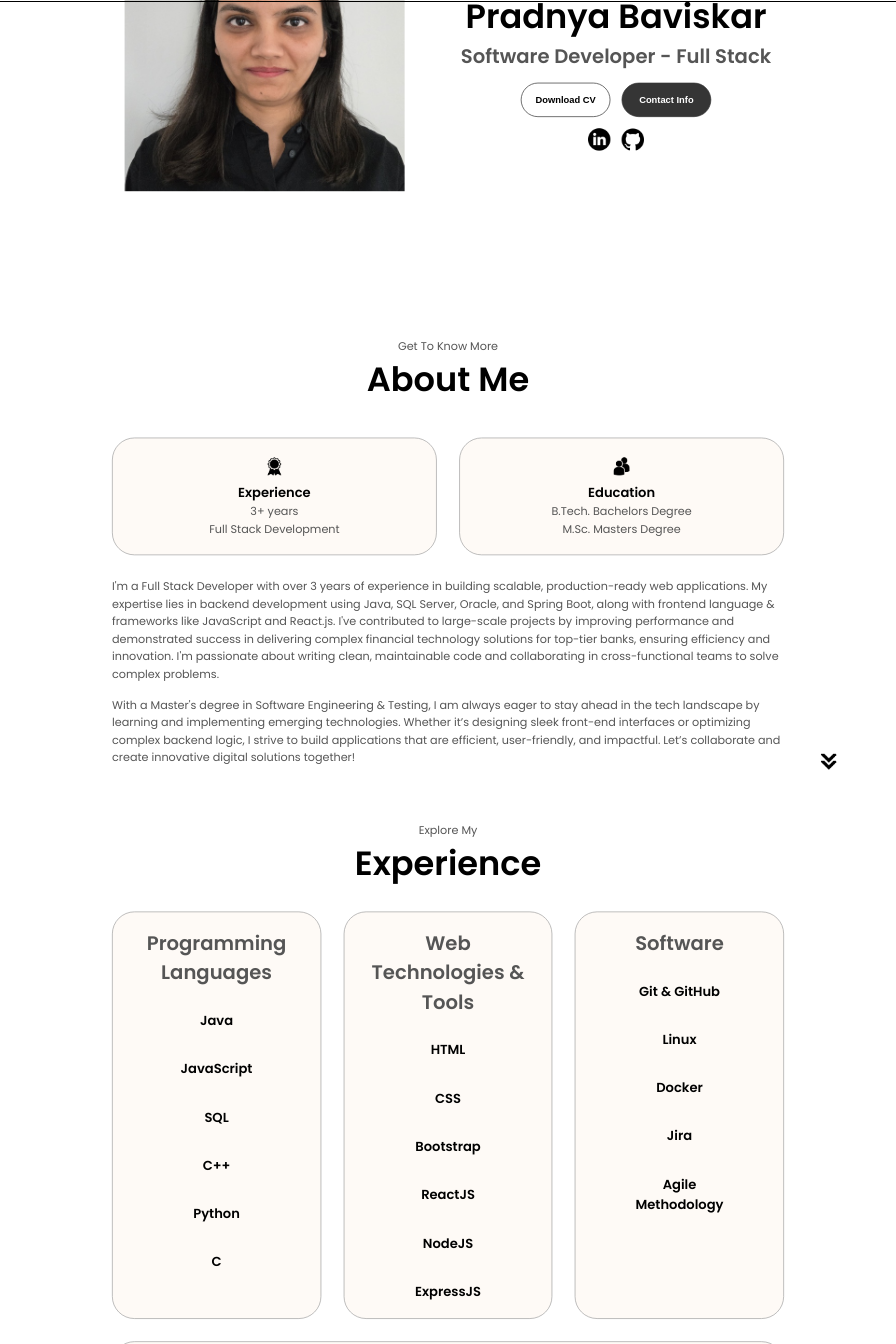
Repository: Pradnya-07/Portfolio-Pradnya
Page: index.html
The author's editor kept a copy of each file at every save. The page is drawn from the files as they stood at one save, then again after the next save.
The browser window is 1280 px wide. The pictures show the part of the page from y = 363 to 2283 px (the page is 4473 px tall), at 70% of full size.

Above is the page before, as saved 2025-04-26 13:48:21.

### index.html
<!DOCTYPE html>
<html lang="en">
  <head>
    <meta charset="UTF-8" />
    <meta http-equiv="X-UA-Compatible" content="IE=edge" />
    <meta name="viewport" content="width=device-width, initial-scale=1.0" />
    <title>My Portfolio</title>
    <link rel="stylesheet" href="style.css" />
    <link rel="stylesheet" href="mediaqueries.css" />
  </head>
  <body>
    <nav id="desktop-nav">
      <div class="logo">Pradnya Baviskar</div>
      <div>
        <ul class="nav-links">
          <li><a href="#about">About</a></li>
          <li><a href="#experience">Experience</a></li>
          <li><a href="#projects">Projects</a></li>
          <li><a href="#contact">Contact</a></li>
        </ul>
      </div>
    </nav>
    <nav id="hamburger-nav">
      <div class="logo">Pradnya Baviskar</div>
      <div class="hamburger-menu">
        <div class="hamburger-icon" onclick="toggleMenu()">
          <span></span>
          <span></span>
          <span></span>
        </div>
        <div class="menu-links">
          <li><a href="#about" onclick="toggleMenu()">About</a></li>
          <li><a href="#experience" onclick="toggleMenu()">Experience</a></li>
          <li><a href="#projects" onclick="toggleMenu()">Projects</a></li>
          <li><a href="#contact" onclick="toggleMenu()">Contact</a></li>
        </div>
      </div>
    </nav>
    <section id="profile">
      <div class="section__pic-container">
        <img src="./assets/profile-pic.JPG" alt="Pradnya Baviskar profile picture" />
      </div>
      <div class="section__text">
        <p class="section__text__p2">Hello, I'm</p>
        <h1 class="title">Pradnya Baviskar</h1>
        <p class="section__text__p2">Software Developer - Full Stack</p>
        <div class="btn-container">
          <button
            class="btn btn-color-2"
            onclick="window.open('./assets/resume-example.pdf')"
          >
            Download CV
          </button>
          <button class="btn btn-color-1" onclick="location.href='#contact'">
            Contact Info
          </button>
        </div>
        <div id="socials-container">
          <img
            src="./assets/linkedin.png"
            alt="My LinkedIn profile"
            class="icon"
            onclick="location.href='https://linkedin.com/'"
          />
          <img
            src="./assets/github.png"
            alt="My Github profile"
            class="icon"
            onclick="location.href='https://github.com/'"
          />
        </div>
      </div>
    </section>
    <section id="about">
      <p class="section__text__p1">Get To Know More</p>
      <h1 class="title">About Me</h1>
      <div class="section-container">

        <div class="about-details-container">
          <div class="about-containers">
            <div class="details-container">
              <img
                src="./assets/experience.png"
                alt="Experience icon"
                class="icon"
              />
              <h3>Experience</h3>
              <p>3+ years <br />Full Stack Development</p>
            </div>
            <div class="details-container">
              <img
                src="./assets/education.png"
                alt="Education icon"
                class="icon"
              />
              <h3>Education</h3>
              <p>B.Tech. Bachelors Degree<br />M.Sc. Masters Degree</p>
            </div>
          </div>
          <div class="text-container">
            <p>
              I'm a Full Stack Developer with over 3 years of experience in building scalable, production-ready web applications.
              My expertise lies in backend development using Java, SQL Server, Oracle, and Spring Boot, along with frontend language & frameworks like JavaScript and React.js.
              I've contributed to large-scale projects by improving performance and demonstrated success in delivering complex financial technology solutions for top-tier banks, ensuring efficiency and innovation.
              I'm passionate about writing clean, maintainable code and collaborating in cross-functional teams to solve complex problems.

            </p>
            <p style=" margin-top: 2%;">
              With a Master's degree in Software Engineering & Testing, I am always eager to stay ahead in the tech landscape by learning and
              implementing emerging technologies.
              Whether it’s designing sleek front-end interfaces or optimizing complex backend logic,
              I strive to build applications that are efficient, user-friendly, and impactful.
              Let’s collaborate and create innovative digital solutions together!
            </p>
          </div>
        </div>
      </div>
      <img
        src="./assets/arrow.png"
        alt="Arrow icon"
        class="icon arrow"
        onclick="location.href='#experience'"
      />
    </section>
    <section id="experience">
      <p class="section__text__p1">Explore My</p>
      <h1 class="title">Experience</h1>
      <div class="experience-details-container">
        <div class="about-containers">
          <div class="details-container">
            <h2 class="experience-sub-title">Programming Languages</h2>
            <div class="article-container">
              <article class="skills">

                <div>
                  <h3 class="skills">Java</h3>
                </div>
              </article>
              <article class="skills">

                <div>
                  <h3 class="skills">JavaScript</h3>

                </div>
              </article>
              <article class="skills">

                <div>
                  <h3 class="skills">SQL</h3>

                </div>
              </article>
              <article class="skills">

                <div>
                  <h3 class="skills">C++</h3>

                </div>
              </article>
              <article class="skills">

                <div>
                  <h3>Python</h3>
                </div>
              </article>
              <article class="skills">

                <div>
                  <h3 class="skills">C</h3>
                </div>
              </article>

            </div>
          </div>

          <div class="details-container">
            <h2 class="experience-sub-title">Web Technologies & Tools</h2>
            <div class="article-container">
              <article>

                <div>
                  <h3>HTML</h3>
                </div>
              </article>
              <article>

                <div>
                  <h3>CSS</h3>
                </div>
              </article>
              <article>

                <div>
                  <h3>Bootstrap</h3>
                </div>
              </article>
              <article>

                <div>
                  <h3>ReactJS</h3>
                </div>
              </article>
              <article>

                <div>
                  <h3>NodeJS</h3>
                </div>
              </article>
              <article>

                <div>
                  <h3>ExpressJS</h3>
                </div>
              </article>
            </div>
          </div>

          <div class="details-container">
            <h2 class="experience-sub-title">Software</h2>
            <div class="article-container">
              <article>

                <div>
                  <h3>Git & GitHub</h3>
                </div>
              </article>
              <article>

                <div>
                  <h3>Linux</h3>
                </div>
              </article>



              <article>

                <div>
                  <h3>Docker</h3>
                </div>
              </article>
              <article>

                <div>
                  <h3>Jira</h3>
                </div>
              </article>
              <article>

                <div>
                  <h3 class="skills">Agile Methodology</h3>
                </div>
              </article>
            </div>
          </div>

          <div class="details-container">
            <h2 class="experience-sub-title">Databases & Testing Tools</h2>
            <div class="article-container">
              <article>

                <div>
                  <h3>MySQL</h3>
                </div>
              </article>
              <article>

                <div>
                  <h3>Oracle</h3>
                </div>
              </article>
              <article>

                <div>
                  <h3>MongoDB</h3>
                </div>
              </article>
              <article>

                <div>
                  <h3>Postman</h3>
                </div>
              </article>
              <article>

                <div>
                  <h3>SoapUI</h3>
                </div>
              </article>

            </div>
          </div>


        </div>
      </div>
      <img
        src="./assets/arrow.png"
        alt="Arrow icon"
        class="icon arrow"
        onclick="location.href='#projects'"
      />
    </section>

    <section id="projects">
      <p class="section__text__p1">Browse My Recent</p>
      <h1 class="title">Projects</h1>
      <div class="experience-details-container">
        <div class="about-containers">
          <div class="details-container color-container">
            <div class="article-container">
              <img
                src="./assets/project1.png"
                alt="Project 1"
                class="project-img"
              />
            </div>
            <h2 class="experience-sub-title project-title">My Book Nest</h2>
            <div class="btn-container">
              <button
                class="btn btn-color-2 project-btn"
                onclick="location.href='https://github.com/Pradnya-07/Pradnya-s_Library'"
              >
                Github
              </button>
              <button
                class="btn btn-color-2 project-btn"
                onclick="location.href='https://pradnya-s-library.onrender.com'"
              >
                Live Demo
              </button>
            </div>
          </div>
          <div class="details-container color-container">
            <div class="article-container">
              <img
                src="./assets/scam.png"
                alt="Project 2"
                class="project-img"
              />
            </div>
            <h2 class="experience-sub-title project-title">Spam Email Detection</h2>
            <div class="btn-container">
              <button
                class="btn btn-color-2 project-btn"
                onclick="location.href='https://github.com/Pradnya-07/Spam_Email_Detection'"
              >
                Github
              </button>
              <button
                class="btn btn-color-2 project-btn"
                onclick="location.href='https://spam-email-detection-9in7.onrender.com'"
              >
                Live Demo
              </button>
            </div>
          </div>
          <div class="details-container color-container">
            <div class="article-container">
              <img
                src="./assets/forecast.png"
                alt="Project 3"
                class="project-img"
              />
            </div>
            <h2 class="experience-sub-title project-title">Weather Forecast</h2>
            <div class="btn-container">
              <button
                class="btn btn-color-2 project-btn"
                onclick="location.href='https://github.com/Pradnya-07/Weather-Dashboard'"
              >
                Github
              </button>
              <button
                class="btn btn-color-2 project-btn"
                onclick="location.href='https://pradnya-07.github.io/Weather-Dashboard/'"
              >
                Live Demo
              </button>
            </div>
          </div>
        </div>
      </div>
      <img
        src="./assets/arrow.png"
        alt="Arrow icon"
        class="icon arrow"
        onclick="location.href='#contact'"
      />
    </section>
    <section id="contact">


      <div class="contact-info-upper-container">
        <div class="contact-info-container">
          <img
            src="./assets/email.png"
            alt="Email icon"
            class="icon contact-icon email-icon"
          />
          <p><a href="mailto:pradnyabaviskar56p@gmail.com">pradnyabaviskar56p@gmail.com</a></p>
        </div>
        <div class="contact-info-container">
          <img
            src="./assets/linkedin.png"
            alt="LinkedIn icon"
            class="icon contact-icon"
          />
          <p><a href="https://www.linkedin.com">LinkedIn</a></p>
        </div>
      </div>
    </section>
    <footer>
      <nav>
        <div class="nav-links-container">
          <ul class="nav-links">
            <li><a href="#about">About</a></li>
            <li><a href="#experience">Experience</a></li>
            <li><a href="#projects">Projects</a></li>
            <li><a href="#contact">Contact</a></li>
          </ul>
        </div>
      </nav>
      <p>Copyright &#169; 2025 Pradnya Baviskar. All Rights Reserved.</p>
    </footer>
    <script src="script.js"></script>
  </body>
</html>

### style.css
/* GENERAL */

@import url("https://fonts.googleapis.com/css2?family=Poppins:wght@300;400;500;600&display=swap");

* {
  margin: 0;
  padding: 0;
}

body {
  font-family: "Poppins", sans-serif;
}

html {
  scroll-behavior: smooth;
}

p {
  color: rgb(85, 85, 85);
}

/* TRANSITION */

a,
.btn {
  transition: all 300ms ease;
}

/* DESKTOP NAV */

nav,
.nav-links {
  display: flex;
}

nav {
  justify-content: space-around;
  align-items: center;
  height: 17vh;
}

.nav-links {
  gap: 2rem;
  list-style: none;
  font-size: 1.5rem;
}

a {
  color: black;
  text-decoration: none;
  text-decoration-color: white;
}

a:hover {
  color: grey;
  text-decoration: underline;
  text-underline-offset: 1rem;
  text-decoration-color: rgb(181, 181, 181);
}

.logo {
  font-size: 2rem;
}

.logo:hover {
  cursor: default;
}

/* HAMBURGER MENU */

#hamburger-nav {
  display: none;
}

.hamburger-menu {
  position: relative;
  display: inline-block;
}

.hamburger-icon {
  display: flex;
  flex-direction: column;
  justify-content: space-between;
  height: 24px;
  width: 30px;
  cursor: pointer;
}

.hamburger-icon span {
  width: 100%;
  height: 2px;
  background-color: black;
  transition: all 0.3 ease-in-out;
}

.menu-links {
  position: absolute;
  top: 100%;
  right: 0;
  background-color: white;
  width: fit-content;
  max-height: 0;
  overflow: hidden;
  transition: all 0.3 ease-in-out;
}

.menu-links a {
  display: block;
  padding: 10px;
  text-align: center;
  font-size: 1.5rem;
  color: black;
  text-decoration: none;
  transition: all 0.3 ease-in-out;
}

.menu-links li {
  list-style: none;
}

.menu-links.open {
  max-height: 300px;
}

.hamburger-icon.open span:first-child {
  transform: rotate(45deg) translate(10px, 5px);
}

.hamburger-icon.open span:nth-child(2) {
  opacity: 0;
}

.hamburger-icon.open span:last-child {
  transform: rotate(-45deg) translate(10px, -5px);
}

.hamburger-icon span:first-child {
  transform: none;
}

.hamburger-icon span:first-child {
  opacity: 1;
}

.hamburger-icon span:first-child {
  transform: none;
}

/* SECTIONS */

section {
  padding-top: 4vh;
  height: 96vh;
  margin: 0 10rem;
  box-sizing: border-box;
  min-height: fit-content;
}

.section-container {
  display: flex;
}

.skills {
  text-align: center;

}

/* PROFILE SECTION */

#profile {
  display: flex;
  justify-content: center;
  gap: 5rem;
  height: 80vh;
}

.section__pic-container {
  display: flex;
  height: 400px;
  width: 400px;
  margin: auto 0;
}

.section__text {
  align-self: center;
  text-align: center;
}

.section__text p {
  font-weight: 600;
}

.section__text__p1 {
  text-align: center;
}

.section__text__p2 {
  font-size: 1.75rem;
  margin-bottom: 1rem;
}

.title {
  font-size: 3rem;
  text-align: center;
}

#socials-container {
  display: flex;
  justify-content: center;
  margin-top: 1rem;
  gap: 1rem;
}

/* ICONS */

.icon {
  cursor: pointer;
  height: 2rem;
}

/* BUTTONS */

.btn-container {
  display: flex;
  justify-content: center;
  gap: 1rem;
}

.btn {
  font-weight: 600;
  transition: all 300ms ease;
  padding: 1rem;
  width: 8rem;
  border-radius: 2rem;
}

.btn-color-1,
.btn-color-2 {
  border: rgb(53, 53, 53) 0.1rem solid;
}

.btn-color-1:hover,
.btn-color-2:hover {
  cursor: pointer;
}

.btn-color-1,
.btn-color-2:hover {
  background: rgb(53, 53, 53);
  color: white;
}

.btn-color-1:hover {
  background: rgb(0, 0, 0);
}

.btn-color-2 {
  background: none;
}

.btn-color-2:hover {
  border: rgb(255, 255, 255) 0.1rem solid;
}

.btn-container {
  gap: 1rem;
}

/* ABOUT SECTION */

#about {
  position: relative;
}

.about-containers {
  gap: 2rem;
  margin-bottom: 2rem;
  margin-top: 2rem;
}

.about-details-container {
  justify-content: center;
  flex-direction: column;
}

.about-containers,
.about-details-container {
  display: flex;
}

.about-pic {
  border-radius: 2rem;
}

.arrow {
  position: absolute;
  right: -5rem;
  bottom: 2.5rem;
}

.details-container {
  padding: 1.5rem;
  flex: 1;
  background: rgb(232 188 130 / 7%);
  border-radius: 2rem;
  border: rgb(53, 53, 53) 0.1rem solid;
  border-color: rgb(163, 163, 163);
  text-align: center;
}

.section-container {
  gap: 4rem;
  height: 80%;
}

.section__pic-container {
  height: 400px;
  width: 400px;
  margin: auto 0;
}

/* EXPERIENCE SECTION */

#experience {
  position: relative;
}

.experience-sub-title {
  color: rgb(85, 85, 85);
  font-weight: 600;
  font-size: 1.75rem;
  margin-bottom: 2rem;
}

.experience-details-container {
  display: flex;
  justify-content: center;
  flex-direction: column;
}

.article-container {
  display: flex;
  text-align: initial;
  flex-wrap: wrap;
  flex-direction: row;
  gap: 2.5rem;
  justify-content: space-around;
}

article {
  display: flex;
  width: 10rem;
  justify-content: space-around;
  gap: 0.5rem;
}

article .icon {
  cursor: default;
}

/* PROJECTS SECTION */

#projects {
  position: relative;
  margin-top: 10%;
}

.color-container {
  border-color: rgb(163, 163, 163);
  background: rgb(232 188 130 / 7%);
}

.project-img {
  border-radius: 2rem;
  width: 90%;
  height: 90%;
}

.project-title {
  margin: 1rem;
  color: black;
}

.project-btn {
  color: black;
  border-color: rgb(163, 163, 163);
}

/* CONTACT */

#contact {
  display: flex;
  justify-content: center;
  flex-direction: column;
  height: 70vh;
}

.contact-info-upper-container {
  display: flex;
  justify-content: center;
  border-radius: 2rem;
  border: rgb(53, 53, 53) 0.1rem solid;
  border-color: rgb(163, 163, 163);
  background: (250, 250, 250);
  margin: 2rem auto;
  padding: 0.5rem;
  background-color: rgb(232 188 130 / 7%);
}

.contact-info-container {
  display: flex;
  align-items: center;
  justify-content: center;
  gap: 0.5rem;
  margin: 1rem;
}

.contact-info-container p {
  font-size: larger;
}

.contact-icon {
  cursor: default;
}

.email-icon {
  height: 2.5rem;
}

/* FOOTER SECTION */

footer {
  height: 26vh;
  margin: 0 1rem;
}

footer p {
  text-align: center;
}

### mediaqueries.css
@media screen and (max-width: 1400px) {
  #profile {
    height: 83vh;
    margin-bottom: 6rem;
  }
  .about-containers {
    flex-wrap: wrap;
  }
  #contact,
  #projects {
    height: fit-content;
  }
}

@media screen and (max-width: 1200px) {
  #desktop-nav {
    display: none;
  }
  #hamburger-nav {
    display: flex;
  }
  #experience,
  .experience-details-container {
    margin-top: 2rem;
  }
  #profile,
  .section-container {
    display: block;
  }
  .arrow {
    display: none;
  }
  section,
  .section-container {
    height: fit-content;
  }
  section {
    margin: 0 5%;
  }
  .section__pic-container {
    width: 275px;
    height: 275px;
    margin: 0 auto 2rem;
  }
  .about-containers {
    margin-top: 0;
  }
}

@media screen and (max-width: 600px) {
  #contact,
  footer {
    height: 40vh;
  }
  #profile {
    height: 83vh;
    margin-bottom: 0;
  }
  article {
    font-size: 1rem;
  }
  footer nav {
    height: fit-content;
    margin-bottom: 2rem;
  }
  .about-containers,
  .contact-info-upper-container,
  .btn-container {
    flex-wrap: wrap;
  }
  .contact-info-container {
    margin: 0;
  }
  .contact-info-container p,
  .nav-links li a {
    font-size: 1rem;
  }
  .experience-sub-title {
    font-size: 1.25rem;
  }
  .logo {
    font-size: 1.5rem;
  }
  .nav-links {
    flex-direction: column;
    gap: 0.5rem;
    text-align: center;
  }
  .section__pic-container {
    width: auto;
    height: 46vw;
    justify-content: center;
  }
  .section__text__p2 {
    font-size: 1.25rem;
  }
  .title {
    font-size: 2rem;
  }
  .text-container {
    text-align: justify;
  }
}

Loaded but not shown: script.js (common file)

After the next save:
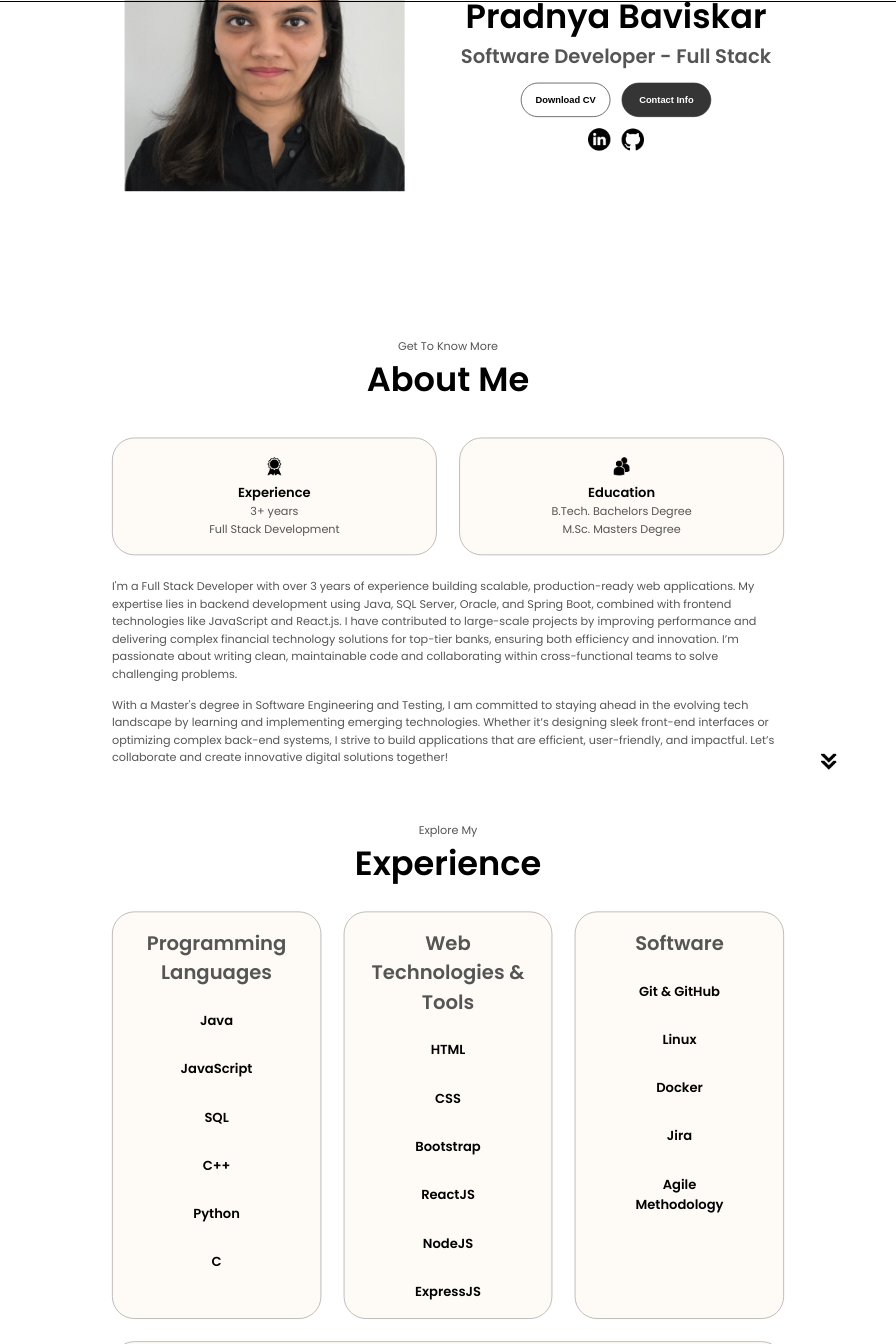
Saved 3 min 21 s later.
--- a/index.html
+++ b/index.html
@@ -99,17 +99,14 @@
           </div>
           <div class="text-container">
             <p>
-              I'm a Full Stack Developer with over 3 years of experience in building scalable, production-ready web applications.
-              My expertise lies in backend development using Java, SQL Server, Oracle, and Spring Boot, along with frontend language & frameworks like JavaScript and React.js.
-              I've contributed to large-scale projects by improving performance and demonstrated success in delivering complex financial technology solutions for top-tier banks, ensuring efficiency and innovation.
-              I'm passionate about writing clean, maintainable code and collaborating in cross-functional teams to solve complex problems.
-
+              I'm a Full Stack Developer with over 3 years of experience building scalable, production-ready web applications.
+              My expertise lies in backend development using Java, SQL Server, Oracle, and Spring Boot, combined with frontend technologies like JavaScript and React.js.
+              I have contributed to large-scale projects by improving performance and delivering complex financial technology solutions for top-tier banks, ensuring both efficiency and innovation.
+              I’m passionate about writing clean, maintainable code and collaborating within cross-functional teams to solve challenging problems.
             </p>
             <p style=" margin-top: 2%;">
-              With a Master's degree in Software Engineering & Testing, I am always eager to stay ahead in the tech landscape by learning and
-              implementing emerging technologies.
-              Whether it’s designing sleek front-end interfaces or optimizing complex backend logic,
-              I strive to build applications that are efficient, user-friendly, and impactful.
+              With a Master's degree in Software Engineering and Testing, I am committed to staying ahead in the evolving tech landscape by learning and implementing emerging technologies.
+              Whether it’s designing sleek front-end interfaces or optimizing complex back-end systems, I strive to build applications that are efficient, user-friendly, and impactful.
               Let’s collaborate and create innovative digital solutions together!
             </p>
           </div>
